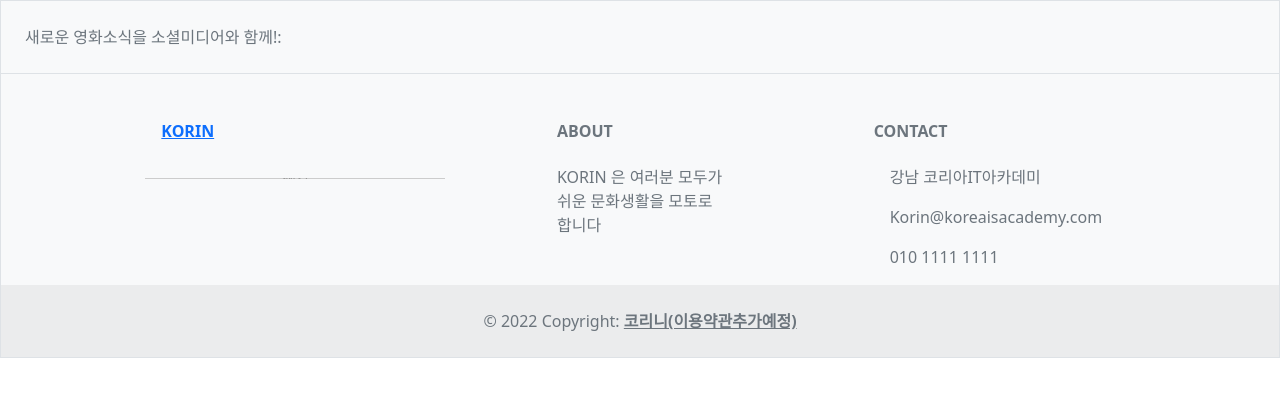
Repository: Nappy97/theather
Page: http://localhost/Cinema/WEB-INF/views/common/footer.jsp
The author's editor kept a copy of each file at every save. The page is drawn from the files as they stood at one save, then again after the next save.
The browser window is 1280 px wide. The pictures show the whole page.
The page is served by Tomcat 9. Nobody is signed in. Other server files are loaded and not shown. The template is opened directly, without the code that normally fills it, so the values that code supplies are empty.

Above is the page before, as saved 2022-09-16 10:41:40.

### project/Cinema/src/main/webapp/WEB-INF/views/common/footer.jsp
<%@ page language="java" contentType="text/html; charset=UTF-8"
         pageEncoding="UTF-8" %>

<%@ taglib prefix="c" uri="http://java.sun.com/jsp/jstl/core" %>
<%@ taglib prefix="fn" uri="http://java.sun.com/jsp/jstl/functions" %>

<!DOCTYPE html>
<html>

<head>
    <title>footer</title>
    <meta charset="utf-8">
    <meta name="viewport" content="width=device-width, initial-scale=1">
    <link href="https://cdn.jsdelivr.net/npm/bootstrap@5.1.3/dist/css/bootstrap.min.css" rel="stylesheet">
    <script src="https://cdn.jsdelivr.net/npm/bootstrap@5.1.3/dist/js/bootstrap.bundle.min.js"></script>
</head>

<body>
<!-- Footer -->
<footer class="text-center text-lg-start bg-light text-muted border" style="z-index:999;">
    <!-- Section: Social media -->
    <section class="d-flex justify-content-center justify-content-lg-between p-4 border-bottom">
        <!-- Left -->
        <div class="me-5 d-none d-lg-block">
            <span>새로운 영화소식을 소셜미디어와 함께!:</span>
        </div>
        <!-- Left -->

        <!-- Right -->
        <div>
            <a href="https://ko-kr.facebook.com/" class="me-4 text-reset">
                <i class="fab fa-facebook-f"></i>
            </a>
            <a href="https://twitter.com/home" class="me-4 text-reset">
                <i class="fab fa-twitter"></i>
            </a>
            <a href="https://www.google.com/" class="me-4 text-reset">
                <i class="fab fa-google"></i>
            </a>
            <a href="https://www.instagram.com/" class="me-4 text-reset">
                <i class="fab fa-instagram"></i>
            </a>
            <a href="https://github.com/" class="me-4 text-reset">
                <i class="fab fa-github"></i>
            </a>
        </div>
        <!-- Right -->
    </section>
    <!-- Section: Social media -->

    <!-- Section: Links  -->
    <section class="">
        <div class="container text-center text-md-start mt-5">
            <!-- Grid row -->
            <div class="row mt-3">
                <!-- Grid column -->

                <div class="col-md-3 col-lg-4 col-xl-3 mx-auto mb-4">
                    <a href="" style="">
                        <!-- Content -->
                        <h6 class="text-uppercase fw-bold mb-4">
                            <i class="fas fa-gem me-3"></i>Korin
                        </h6>
                        <img src="https://dummyimage.com/300/000000/ffffff.jpg"/>
                    </a>
                </div>

                <!-- Grid column -->


                <!-- Grid column -->
                <div class="col-md-3 col-lg-2 col-xl-2 mx-auto mb-4">
                    <!-- Links -->
                    <h6 class="text-uppercase fw-bold mb-4">
                        about
                    </h6>
                    <p>
                    <a>
                        KORIN 은 여러분 모두가 쉬운 문화생활을 모토로 합니다</a>
                    </p>
                </div>
                <!-- Grid column -->

                <!-- Grid column -->
                <div class="col-md-4 col-lg-3 col-xl-3 mx-auto mb-md-0 mb-4">
                    <!-- Links -->
                    <h6 class="text-uppercase fw-bold mb-4">Contact</h6>
                    <p><i class="fas fa-home me-3"></i> 강남 코리아IT아카데미</p>
                    <p>
                        <i class="fas fa-envelope me-3"></i>
                        Korin@koreaisacademy.com
                    </p>
                    <p><i class="fas fa-phone me-3"></i> 010 1111 1111</p>
                </div>
                <!-- Grid column -->
            </div>
            <!-- Grid row -->
        </div>
    </section>
    <!-- Section: Links  -->

    <!-- Copyright -->
    <div class="text-center p-4" style="background-color: rgba(0, 0, 0, 0.05);">
        © 2022 Copyright:
        <a class="text-reset fw-bold" >코리니(이용약관추가예정)</a>
    </div>
    <!-- Copyright -->
</footer>
<!-- Footer -->
</body>

</html>

After the next save:
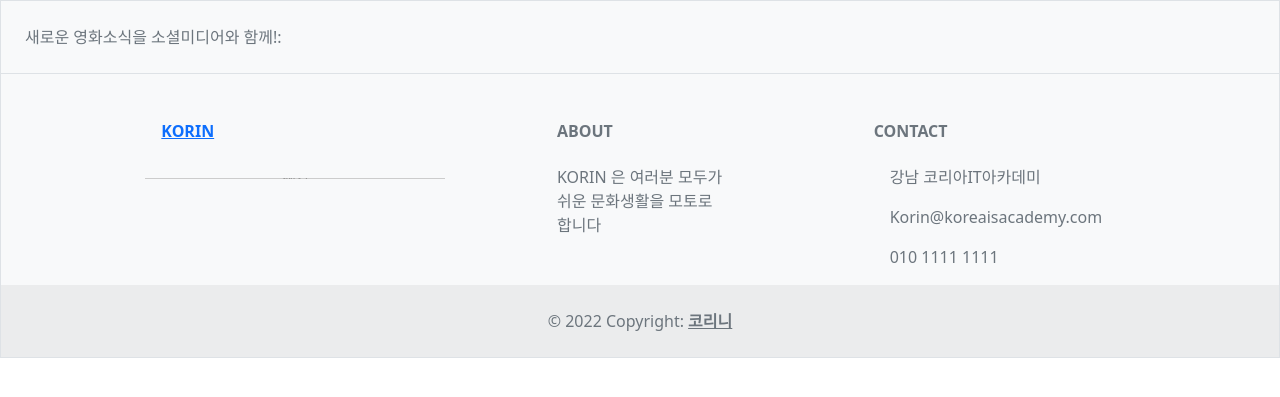
Saved 4 s later.
--- a/project/Cinema/src/main/webapp/WEB-INF/views/common/footer.jsp
+++ b/project/Cinema/src/main/webapp/WEB-INF/views/common/footer.jsp
@@ -102,7 +102,7 @@
     <!-- Copyright -->
     <div class="text-center p-4" style="background-color: rgba(0, 0, 0, 0.05);">
         © 2022 Copyright:
-        <a class="text-reset fw-bold" >코리니(이용약관추가예정)</a>
+        <a class="text-reset fw-bold" >코리니</a>
     </div>
     <!-- Copyright -->
 </footer>
